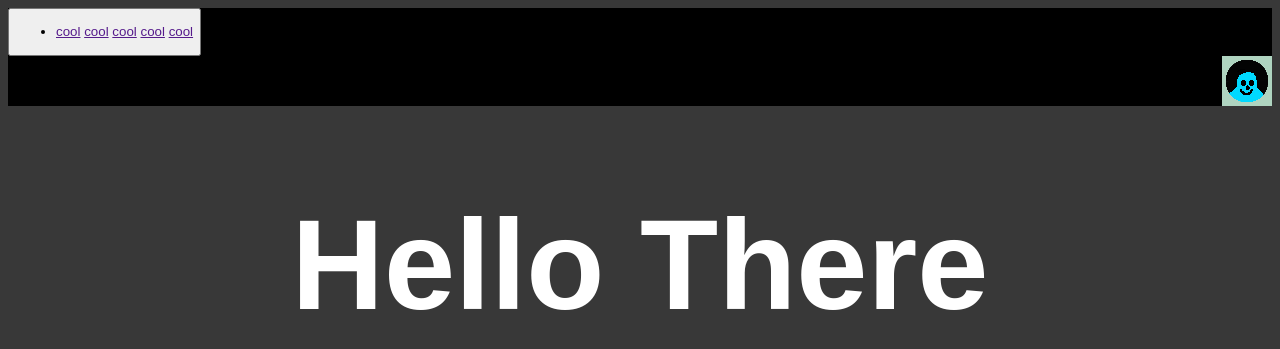
Repository: thecptwaffles/NeonWhiteAssetWebsite
Page: index.html
These files come from the project's save history. The page is drawn as it stood at one moment and after the next save; the edit follows.
The browser window is 1280 px wide. The pictures show the whole page.

Above is the page before, as saved 2022-07-01 14:35:52.

After the next save:
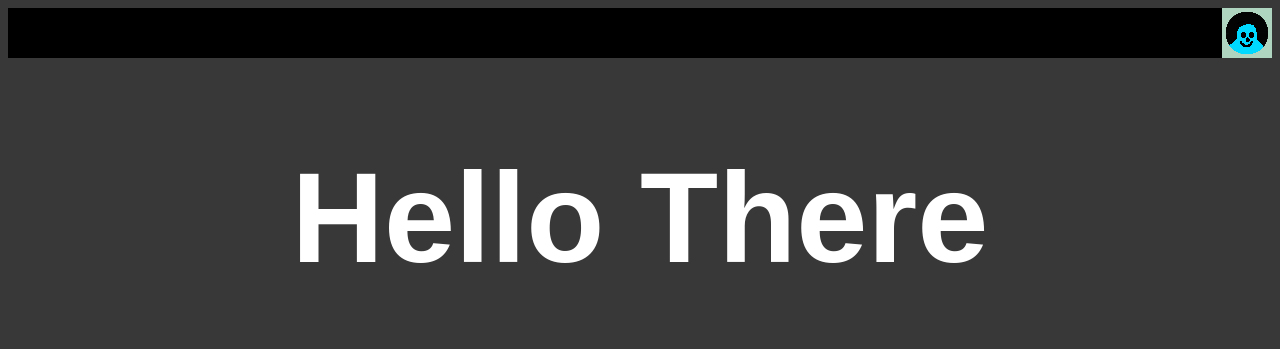
Saved 46 s later.
--- a/index.html
+++ b/index.html
@@ -11,17 +11,6 @@
 
 <body>
     <nav>
-        <button class="dropdown">
-            <ul>
-                <li>
-                    <a href="" class="Link">cool</a>
-                    <a href="" class="Link">cool</a>
-                    <a href="" class="Link">cool</a>
-                    <a href="" class="Link">cool</a>
-                    <a href="" class="Link">cool</a>
-                </li>
-            </ul>
-        </button>
         <div class="profileIcon">
             <img src="./profile.png" alt="Profile Icon">
         </div>
